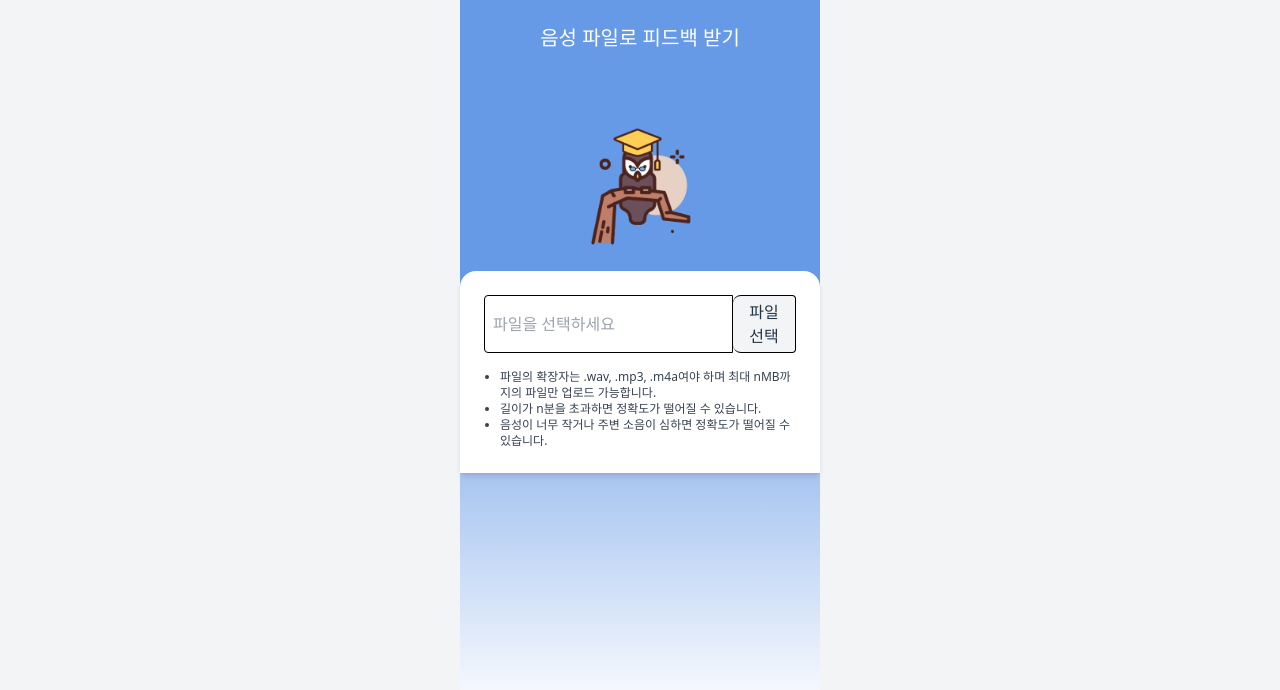
Repository: yurim1205/mini_front
Page: /file (app in frontend/)
These files come from the project's save history. The page is drawn as it stood at one moment and after the next save; the edit follows.
The browser window is 1280 px wide. The pictures show the whole page.
The project was rebuilt for these pictures with package versions that can differ from the ones it lists, and the page was loaded fresh each time. Also part of the build but not shown: frontend/vite.config.js, frontend/src/components/common/Button.jsx, frontend/src/components/buttons/fileFeedbackBtn.jsx, frontend/src/components/buttons/rec_FeedbackBtn.jsx, frontend/src/pages/home.jsx.

Above is the page before, as saved 2025-05-13 17:41:24.

### frontend/src/App.jsx
import { BrowserRouter, Routes, Route } from 'react-router-dom';
import Home from './pages/home';
import FileFeedback from './pages/fileFeedback';
import RecordFeedback from './pages/recordFeedback';

function App() {
  return (
    <BrowserRouter>
      <Routes>
        <Route path="/" element={<Home />} />
        <Route path="/file" element={<FileFeedback />} />
        <Route path="/record" element={<RecordFeedback />} />
      </Routes>
    </BrowserRouter>
  );
}

export default App;

### frontend/src/pages/fileFeedback.jsx
import React from "react";
import { useNavigate } from "react-router-dom";
import owlImg from "../assets/img/owl.png"; // 부엉이 이미지 경로에 맞게 수정

function FileUploadPage() {
  const navigate = useNavigate();

  return (
    <div className="w-screen h-screen flex justify-center items-center bg-gray-100">
      <div
        className="relative h-screen flex flex-col items-center max-w-[360px] w-full"
        style={{
          background: "linear-gradient(to bottom, #6699E6 0%, #6699E6 40%, #fff 100%)"
        }}
      >
        <div className="flex items-center w-full px-4 pt-6">
          {/* <button onClick={() => navigate(-1)} className="text-2xl mr-2">{'←'}</button> */}
          <span className="text-xl font-semibold mx-auto text-white">음성 파일로 피드백 받기</span>
        </div>

        <img
          src={owlImg}
          alt="owl"
          className="w-32 mx-auto mt-16 mb-2"
        />

        <div className="bg-white rounded-t-2xl shadow-md w-full px-6 py-6 mt-2 flex flex-col items-center">
          {/* 파일 업로드 부분 */}
          <div className="flex w-full mb-4">
            <input
              type="text"
              className="border border-black rounded-l px-2 py-1 flex-1"
              placeholder="파일을 선택하세요"
              readOnly
            />
            <button className="border border-black border-l-0 rounded-r px-4 py-1 bg-gray-100">
              파일 선택
            </button>
          </div>
          <ul className="text-xs text-gray-700 w-full list-disc pl-4">
            <li>파일의 확장자는 .wav, .mp3, .m4a여야 하며 최대 nMB까지의 파일만 업로드 가능합니다.</li>
            <li>길이가 n분을 초과하면 정확도가 떨어질 수 있습니다.</li>
            <li>음성이 너무 작거나 주변 소음이 심하면 정확도가 떨어질 수 있습니다.</li>
          </ul>
        </div>
      </div>
    </div>
  );
}

export default FileUploadPage;

### frontend/src/pages/recordFeedback.jsx
import { useNavigate } from 'react-router-dom';

function RecordFeedback() {
    const navigate = useNavigate();

    return(
df
    )
}

export default RecordFeedback;

### frontend/tailwind.config.js
/** @type {import('tailwindcss').Config} */
export default {
    content: [
      "./index.html",
      "./src/**/*.{js,ts,jsx,tsx}",
    ],
    theme: {
      extend: {
        colors:{
          'main-top': '#6699E6',
          'main-bottom': '#0A27E5',
        }
      },
    },
    plugins: [],
  }

Loaded but not shown: frontend/index.html (common file); frontend/src/main.jsx (common file); frontend/src/index.css (common file)

After the next save:
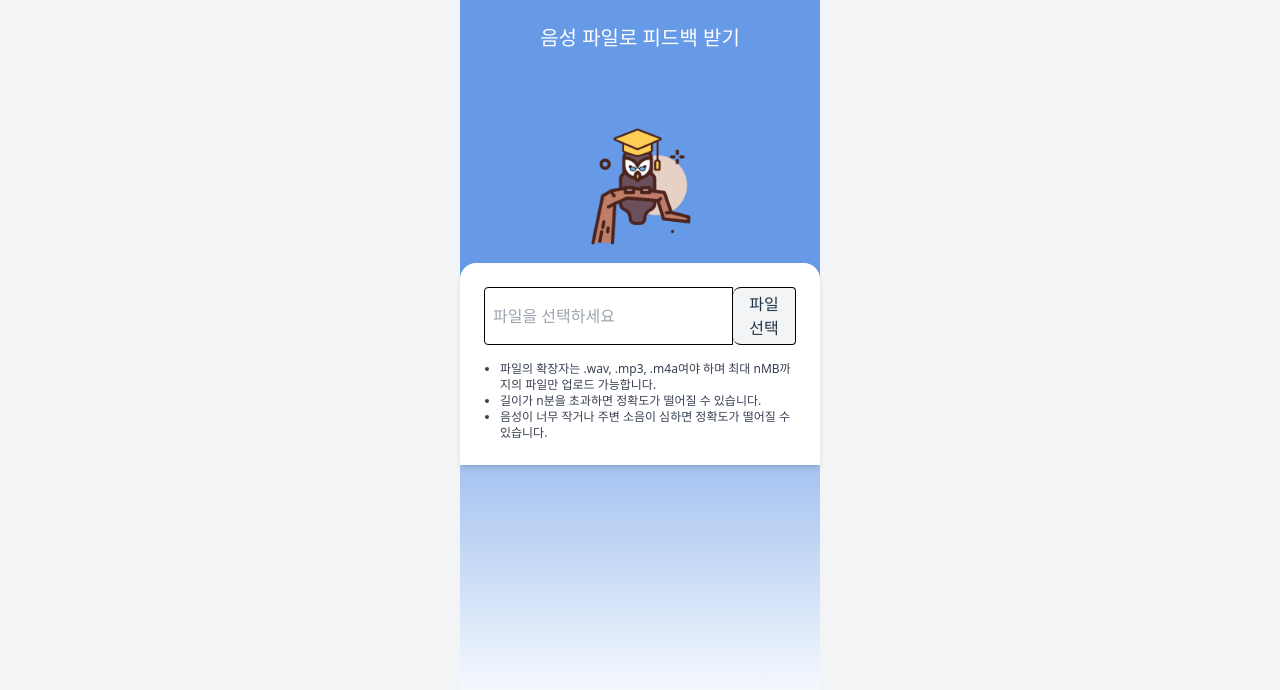
Saved 12 s later.
--- a/frontend/src/pages/fileFeedback.jsx
+++ b/frontend/src/pages/fileFeedback.jsx
@@ -21,7 +21,7 @@
         <img
           src={owlImg}
           alt="owl"
-          className="w-32 mx-auto mt-16 mb-2"
+          className="w-32 mx-auto mt-16 "
         />
 
         <div className="bg-white rounded-t-2xl shadow-md w-full px-6 py-6 mt-2 flex flex-col items-center">
